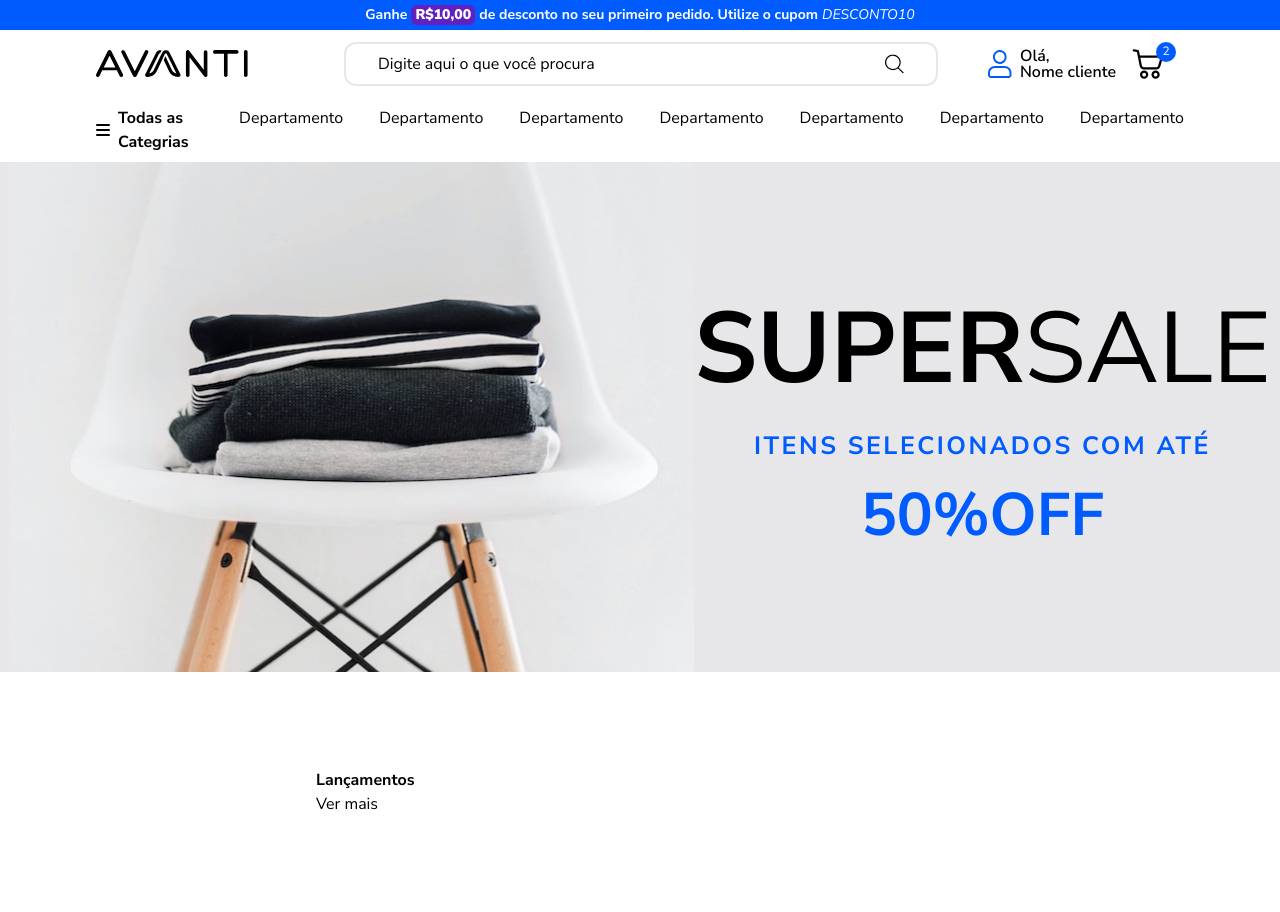
Repository: chidekina/avanti-01
Page: index.html
These files come from the project's save history. The page is drawn as it stood at one moment and after the next save; the edit follows.
The browser window is 1280 px wide. The pictures show the whole page.

Above is the page before, as saved 2025-04-04 14:43:59.

After the next save:
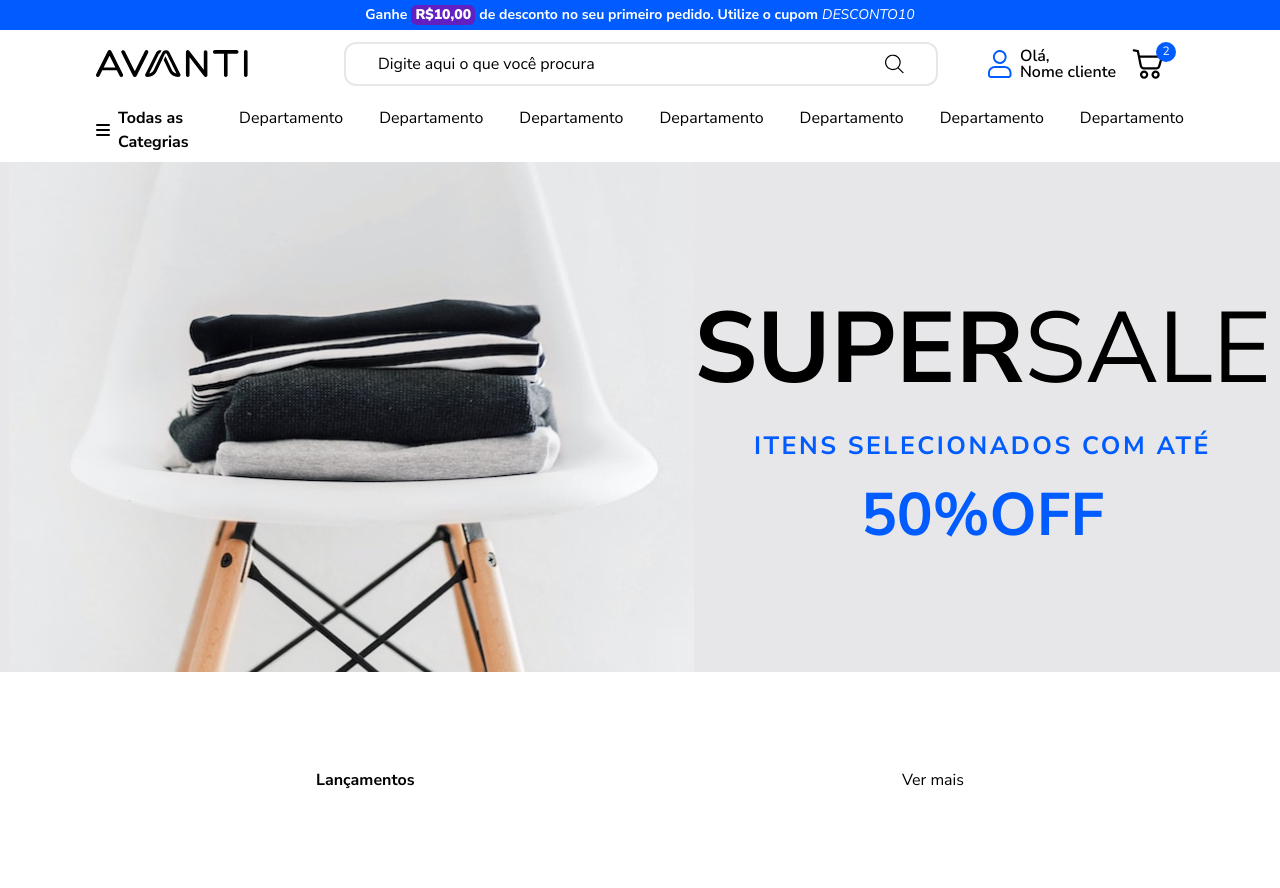
Saved 11 s later.
--- a/index.html
+++ b/index.html
@@ -71,7 +71,7 @@
       </section>
       <section class="py-[96px] px-[316px]">
         <div>
-          <div>
+          <div class="flex justify-between">
             <h3 class="font-bold font-[20px]">Lançamentos</h3>
             <h4>Ver mais</h4>
           </div>
